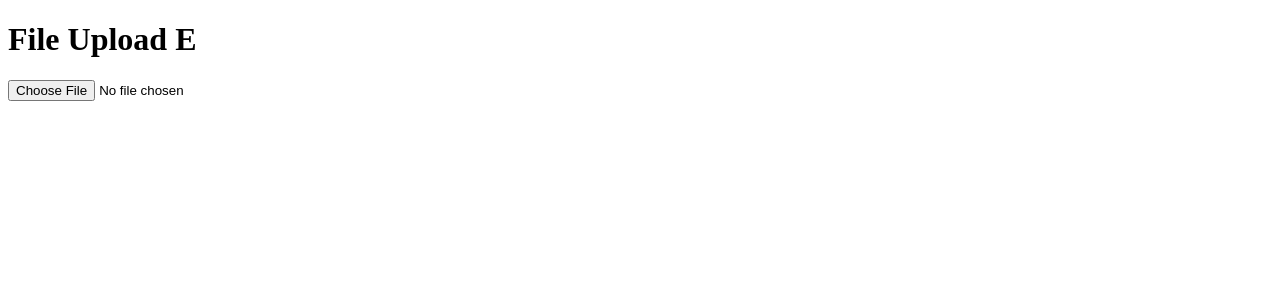
Repository: pmakanga/ConvertToBase64
Page: index.html
The author's editor kept a copy of each file at every save. The page is drawn from the files as they stood at one save, then again after the next save.
The browser window is 1280 px wide. The pictures show the whole page.

Above is the page before, as saved 2020-02-16 14:36:34.

### index.html
<!DOCTYPE html>
<html lang="en">
<head>
    <meta charset="UTF-8">
    <meta name="viewport" content="width=device-width, initial-scale=1.0">
    <title>File Upload</title>
</head>
<body>
    <h1>File Upload E</h1>
    <input type="file">
    <script>

    </script>
</body>
</html>

After the next save:
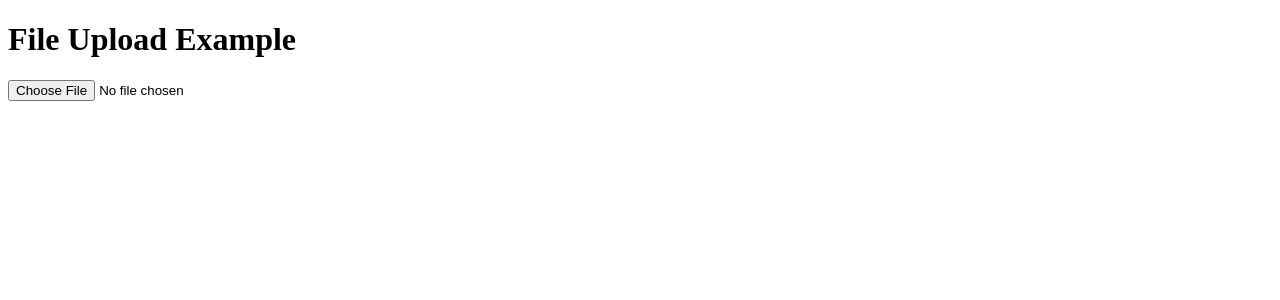
Saved 4 s later.
--- a/index.html
+++ b/index.html
@@ -6,7 +6,7 @@
     <title>File Upload</title>
 </head>
 <body>
-    <h1>File Upload E</h1>
+    <h1>File Upload Example</h1>
     <input type="file">
     <script>
 
